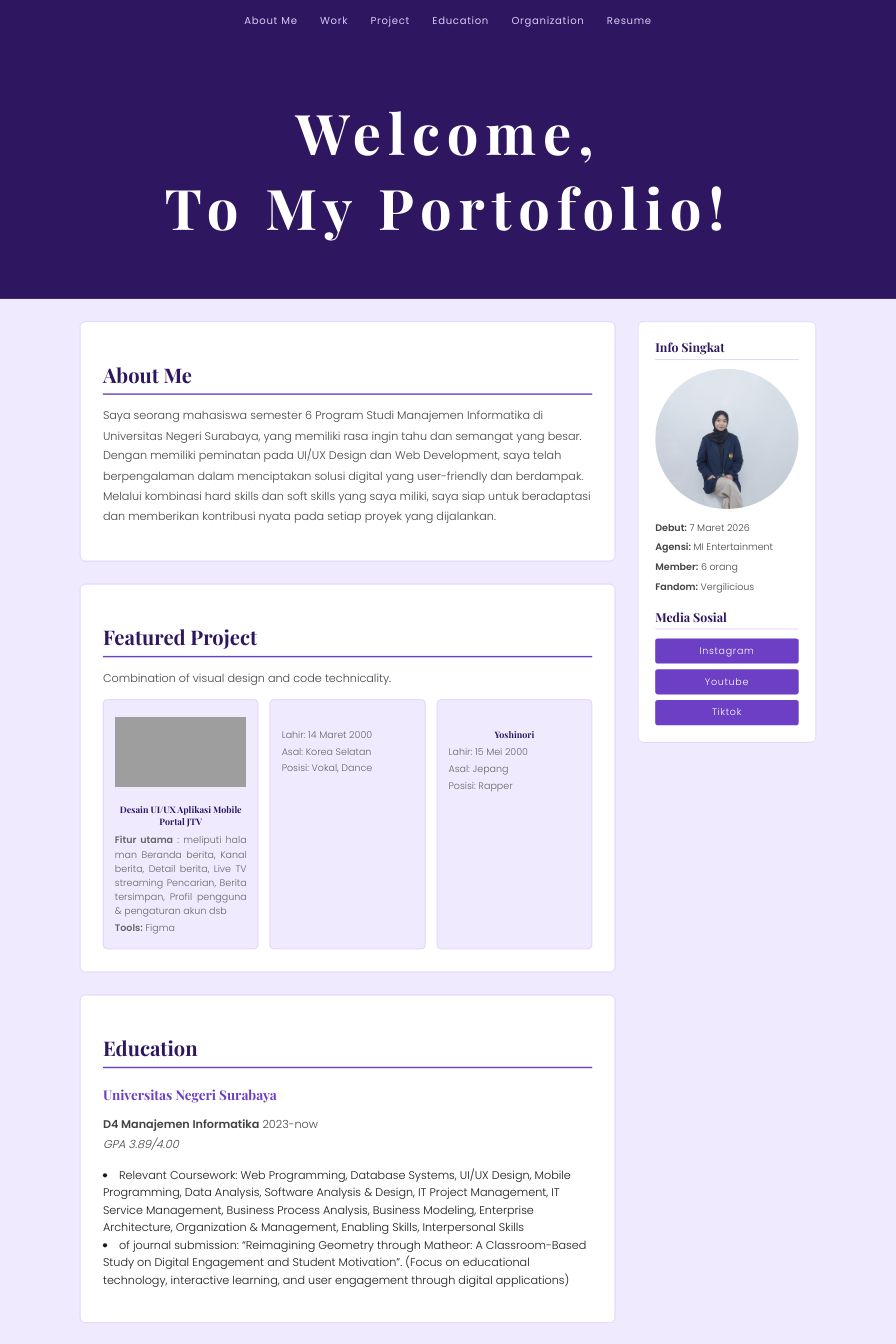
Repository: VergiMutiaRahmasyani/Website-Portofolio
Page: index.html
An editor plug-in stored every save of this project. The page is shown before and after a run of saves, followed by the edit.
The browser window is 1280 px wide. The pictures show the part of the page from y = 0 to 1920 px (the page is 2745 px tall), at 70% of full size.
Pictures or frames that could not be fetched are drawn as grey boxes.

Above is the page before, as saved 2026-03-07 14:05:26.

After the next 3 saves:
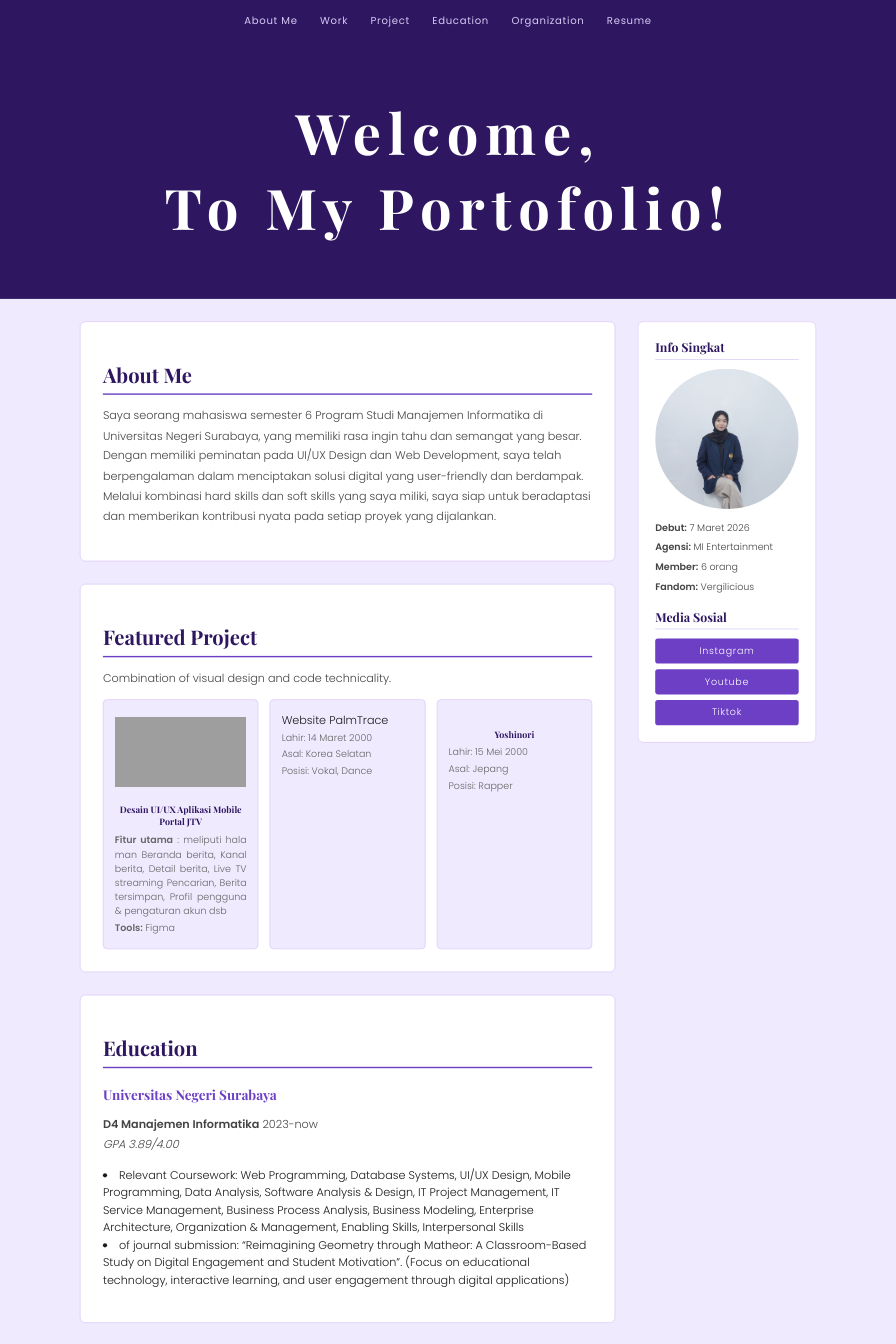
The 3 saves are shown as one change because they came seconds apart.
The last was saved 15 s later.
--- a/index.html
+++ b/index.html
@@ -71,7 +71,8 @@
                                 <p><strong>Tools:</strong> Figma</p>
                             </div>
                             <div class="project-card">
-                                <h3></h3>
+                                <img
+                                <h3>Website PalmTrace</h3>
                                 <p>Lahir: 14 Maret 2000</p>
                                 <p>Asal: Korea Selatan</p>
                                 <p>Posisi: Vokal, Dance</p>
